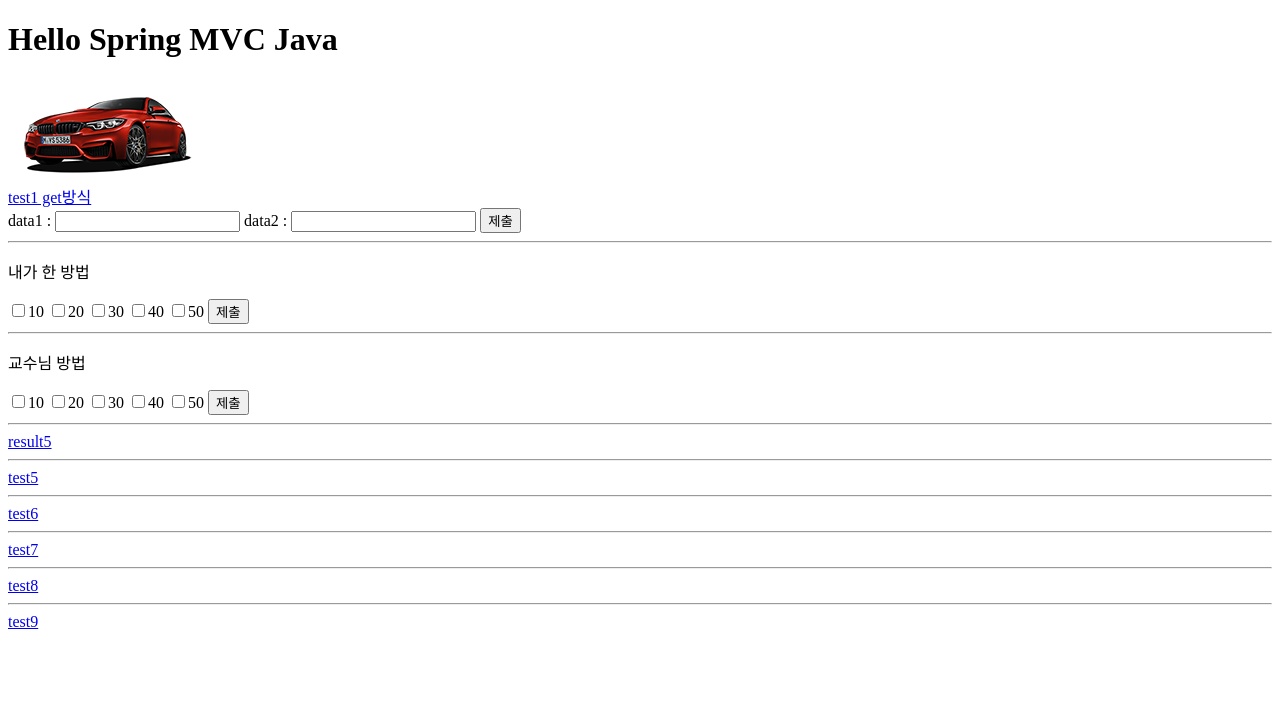
Repository: kangseongwuk/Spring
Page: http://localhost/WebSpringSample3_parameter/WEB-INF/views/index.jsp
The author's editor kept a copy of each file at every save. The page is drawn from the files as they stood at one save, then again after the next save.
The browser window is 1280 px wide. The pictures show the whole page.
The page is served by Tomcat 9. Nobody is signed in. The template is opened directly, without the code that normally fills it, so the values that code supplies are empty.

Above is the page before, as saved 2022-10-11 06:38:02.
Console error: TypeError: Cannot read properties of null (reading 'checked')

After the next save:
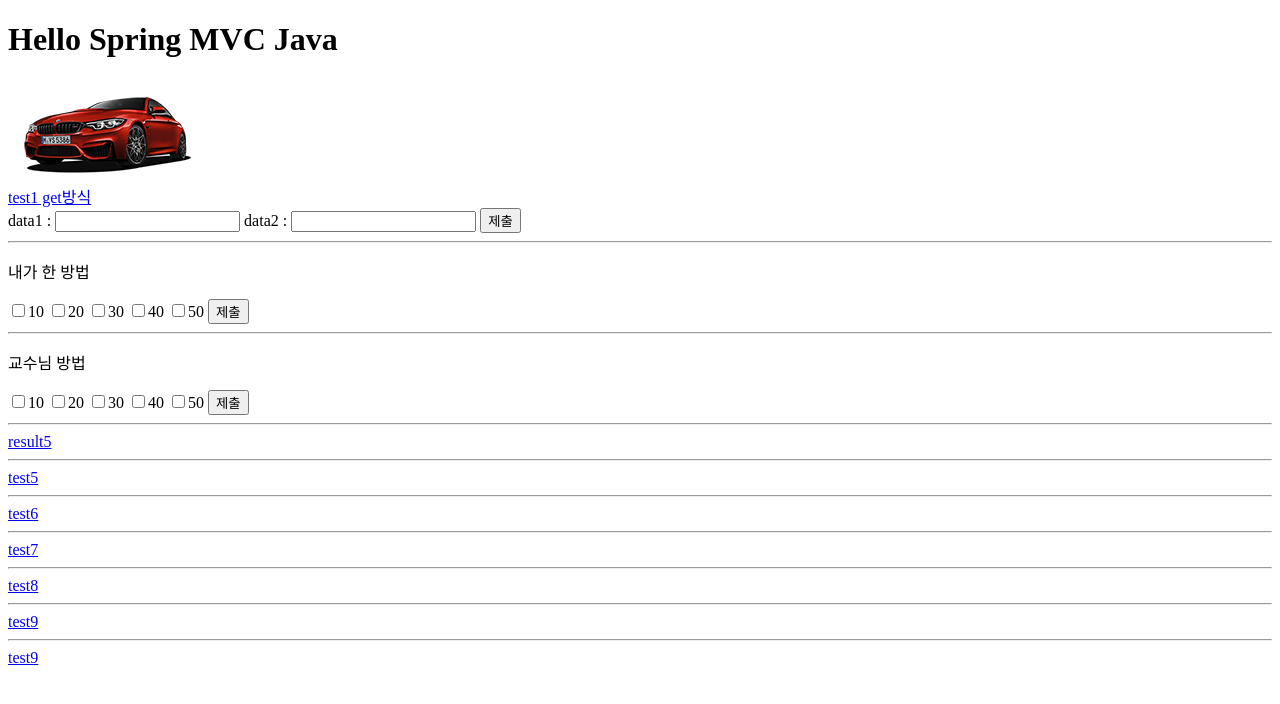
Saved 67 s later.
--- a/WebSpringSample3_parameter/src/main/webapp/WEB-INF/views/index.jsp
+++ b/WebSpringSample3_parameter/src/main/webapp/WEB-INF/views/index.jsp
@@ -71,6 +71,8 @@
 	<a href="test8?data1=100&data2=200&data3=300">test8</a>
 	<hr>
 	<a href="test9?data1=100&data2=200&data3=300">test9</a>
+	<hr>
+	<a href="test10?data1=100&data2=200&data3=300">test9</a>
 
 
 </body>
